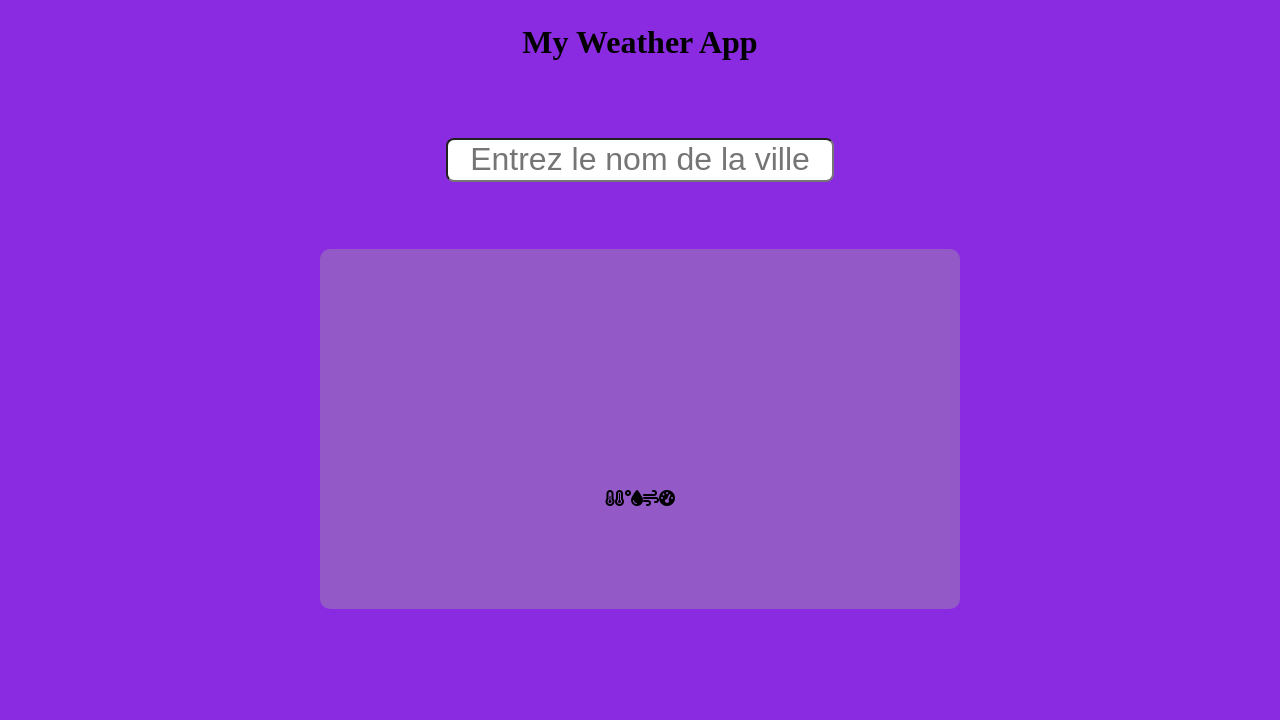
Repository: JeffnyAugustin/MyWeatherApp
Page: index.html
These files come from the project's save history. The page is drawn as it stood at one moment and after a run of saves; the edit follows.
The browser window is 1280 px wide. The pictures show the whole page.

Above is the page before, as saved 2023-11-14 19:25:37.
Console error: ReferenceError: jQuery is not defined

After the next 3 saves:
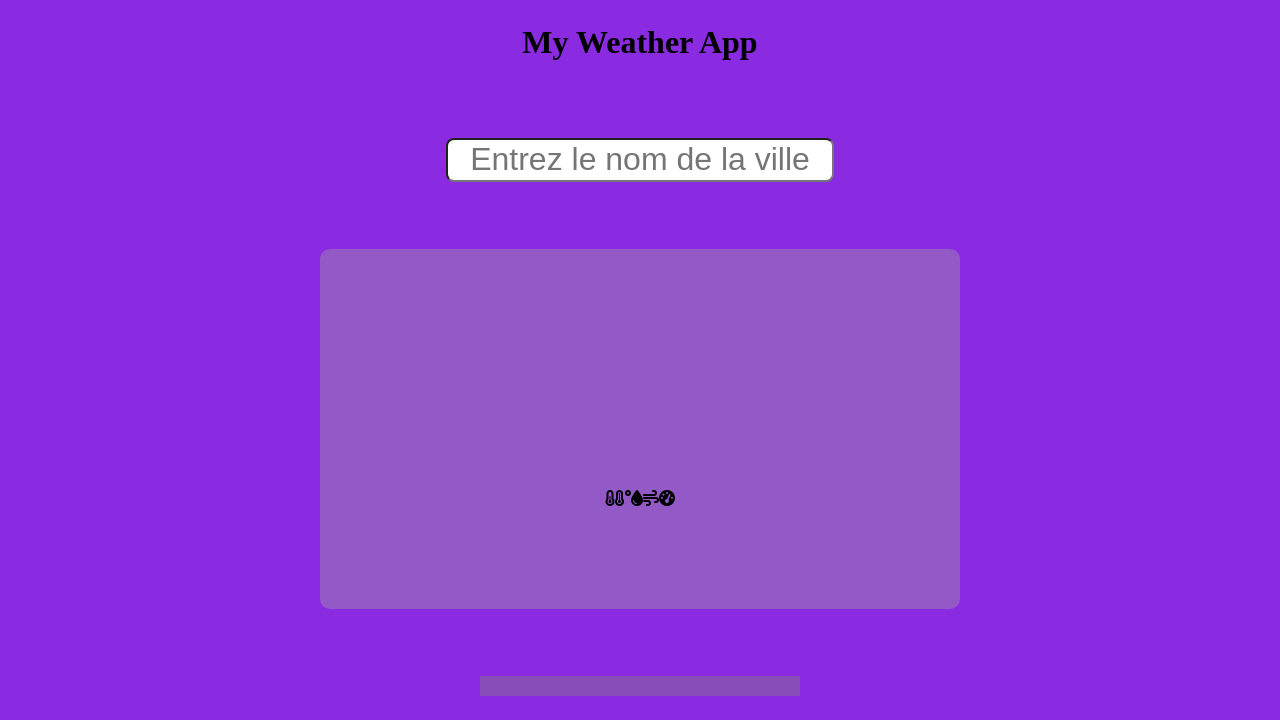
The 3 saves are shown as one change because they came seconds apart.
The last was saved 7 s later.
--- a/css/style.css
+++ b/css/style.css
@@ -66,7 +66,7 @@ div#cityDescription {
     display: flex;
     flex-direction: row;
     height: 20px;
-    width: 50ù;
+    width: 50%;
     justify-content: center;
     align-items: center;
     gap: 10px;
